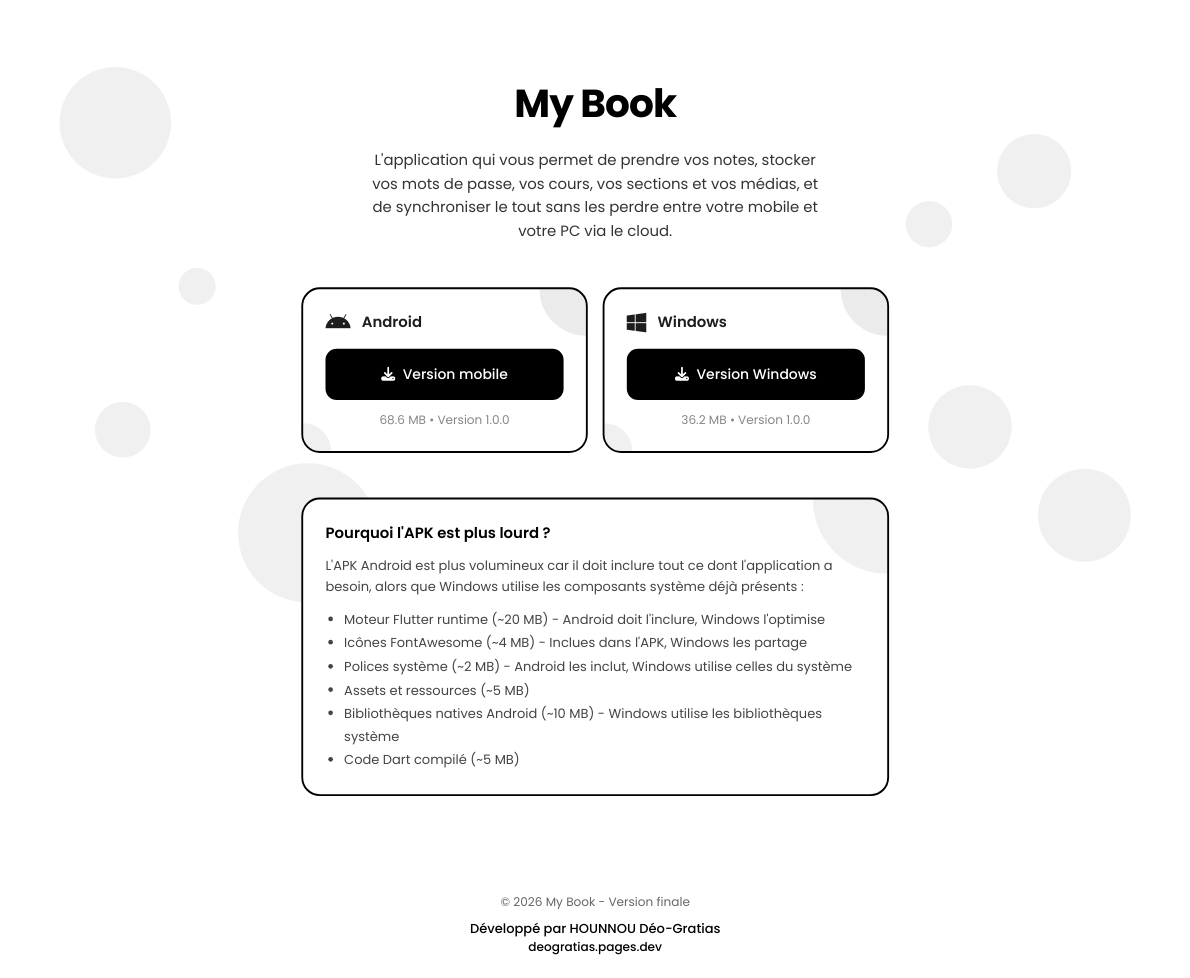
Repository: Deogratiasdev/app
Page: test.html
An editor plug-in stored every save of this project. The page is shown before and after the next save, followed by the edit.
The browser window is 1280 px wide. The pictures show the whole page, at 93% of full size.

Above is the page before, as saved 2026-04-12 00:16:45.

After the next save:
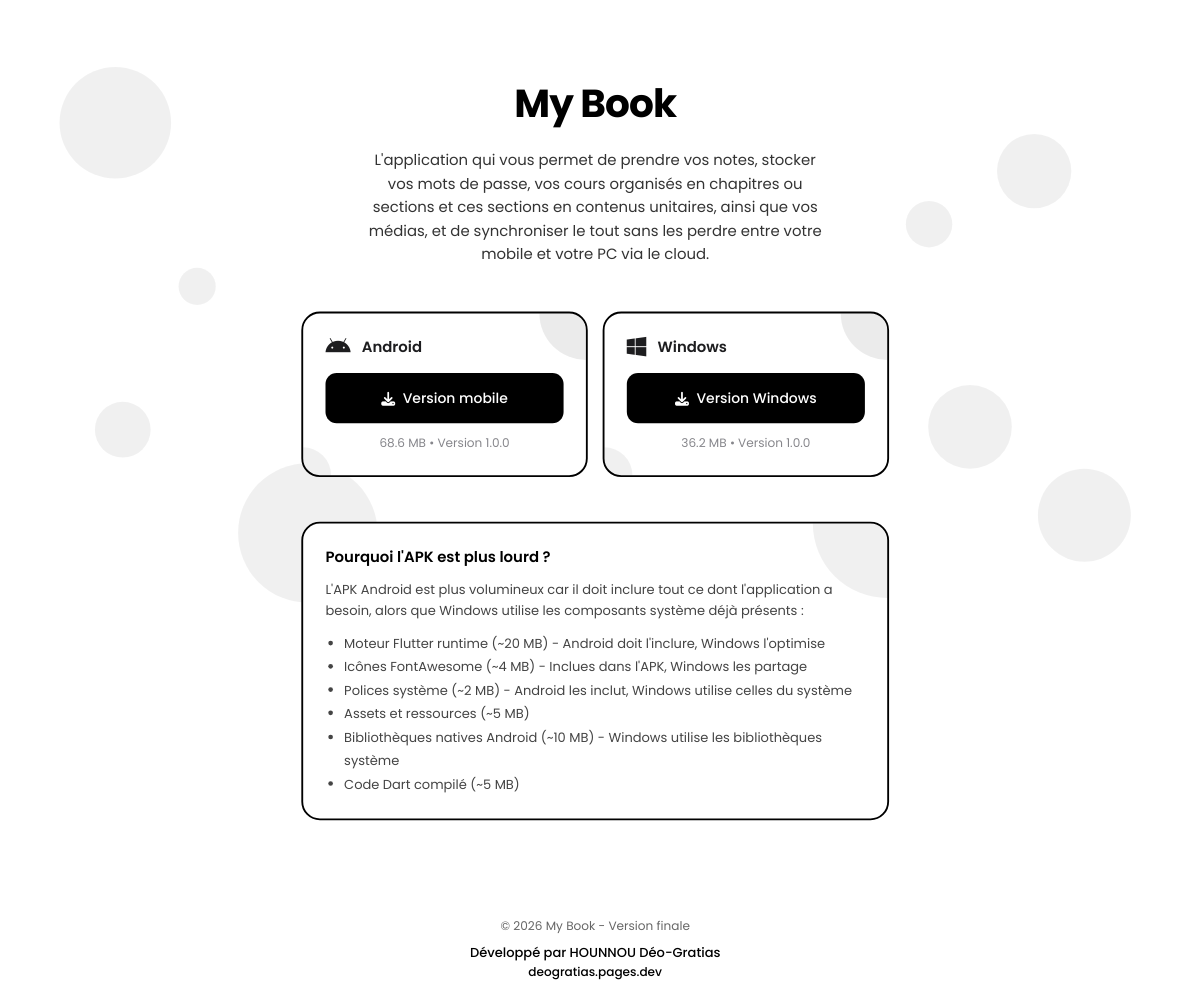
Saved 102 s later.
--- a/test.html
+++ b/test.html
@@ -239,7 +239,7 @@
     <div class="container">
         <div class="header">
             <h1>My Book</h1>
-            <p class="description">L'application qui vous permet de prendre vos notes, stocker vos mots de passe, vos cours, vos sections et vos médias, et de synchroniser le tout sans les perdre entre votre mobile et votre PC via le cloud.</p>
+            <p class="description">L'application qui vous permet de prendre vos notes, stocker vos mots de passe, vos cours organisés en chapitres ou sections et ces sections en contenus unitaires, ainsi que vos médias, et de synchroniser le tout sans les perdre entre votre mobile et votre PC via le cloud.</p>
         </div>
 
         <div class="downloads">
